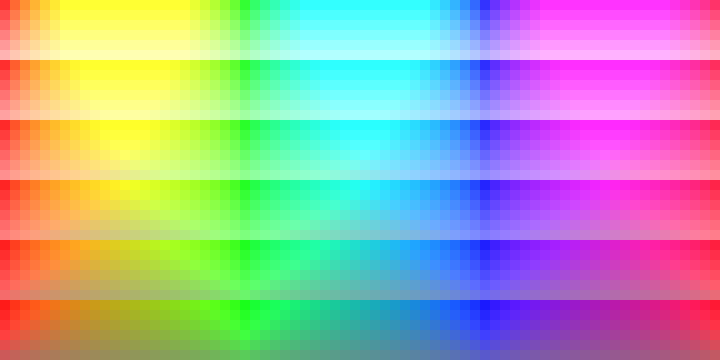
Repository: zhuqinghe/mapf_visualizer
Script's output: python color.py
The author's editor kept a copy of each file at every save. The script's output is drawn from the files as they stood at one save, then again after a run of saves.
The window is shown after at most 60 frames with no key pressed. Random numbers start from a fixed seed.

Above is the script's output before, as saved 2021-07-19 14:24:42.

### color.py
import pygame
import math


def k_contrast_color(k_color, RGB_list):
  # hue       : 0-360, min_step: 5(72)
  # saturation: 0.3-0.8, min_step: 0.1(6)
  # intensive : 0.5-1.0, min_step: 0.1(6)
  # max_color = 72*6*6 = 2592

  H_min_step = 5
  H_max_num = 360 // H_min_step
  S_min_step = 0.1
  S_max_num = math.floor(0.5 / S_min_step) + 1
  I_min_step = 0.1
  I_max_num = math.floor(0.5 / I_min_step) + 1

  H = 360
  S = 1
  I = 1

  if k_color <= H_max_num*S_max_num*I_max_num:
    if k_color <= H_max_num*S_max_num:
      if k_color <= H_max_num:
        S = 1
        I = 1
        H_step = 360 // k_color
        for i in range(k_color):
          Hi = i
          tmp_H = Hi * H_step
          RGB_list.append(HSI2RGB(tmp_H, S, I))
      else:
        I = 1
        H_step = H_min_step
        S_num = math.ceil(k_color / H_max_num)
        S_step = 0.5 / (S_num-1)
        for i in range(k_color):
          Hi = i % H_max_num
          tmp_H = Hi * H_step
          Si = math.floor(i / H_max_num)
          tmp_S = 0.8 - Si * S_step
          RGB_list.append(HSI2RGB(tmp_H, tmp_S, I))

    else:
        S_step = 0.1
        H_step = H_min_step
        I_num = math.ceil(k_color / (H_max_num*S_max_num))
        I_step = 0.5 / (I_num-1)
        for i in range(k_color):
          Hi = i % H_max_num
          tmp_H = Hi * H_step
          Si = (i//H_max_num) % S_max_num
          tmp_S = 0.8 - Si * S_step
          Ii = math.floor(i / (H_max_num*S_max_num))
          tmp_I = 1.0 - Ii * I_step
          RGB_list.append(HSI2RGB(tmp_H, tmp_S, tmp_I))

  else : # >2592
    print("[ERROR]: NUM OF COLOR IS TOO LARGE.")

  return RGB_list


def HSI2RGB(H, S ,I):
  # print('H:', H, ', S:', S, ', I:', I)
  R = 0
  G = 0
  B = 0
  if S < 1e-6:
    R = I
    G = I
    B = I
  else:
    if H >= 0 and H < 120:
      B = I * (1 - S)
      R = I * (1 + (S * math.cos(H*math.pi/180)) / math.cos((60 - H)*math.pi/180))
      G = 3 * I - (R + B)
    elif H >= 120 and H < 240:
      H = H - 120
      R = I * (1 - S)
      G = I * (1 + (S * math.cos(H*math.pi/180)) / math.cos((60 - H)*math.pi/180))
      B = 3 * I - (R + G)
    elif H >= 240 and H < 360:
      H = H - 240
      G = I * (1 - S)
      B = I * (1 + (S * math.cos(H*math.pi/180)) / math.cos((60 - H)*math.pi/180))
      R = 3 * I - (G + B)
    else:
      print("[ERROR]: H not in [0, 360)")
      return
  # print('R:', R, ', G:', G, ', B:', B)

  if R >= 1.0:
    R = 1.0
  if G >= 1.0:
    G = 1.0
  if B >= 1.0:
    B = 1.0

  return [round(R*255), round(G*255), round(B*255)]


if __name__ == '__main__':
  grid_len = 72
  grid_wid = 36
  grid_size = 10
  win_len = grid_len*grid_size
  win_wid = grid_wid*grid_size

  pygame.init()
  screen = pygame.display.set_mode((win_len, win_wid))
  pygame.display.set_caption('k contrast color')

  grids = [pygame.Surface((grid_size, grid_size),
                          pygame.SRCALPHA).convert_alpha() \
                          for _ in range(grid_len*grid_wid)]
  map_back = pygame.surface.Surface((win_len, win_wid),
                                    pygame.SRCALPHA, 32)
  map_back = map_back.convert_alpha()

  colors = []
  k_contrast_color(grid_len*grid_wid, colors)
  print('color len:', len(colors))
  print(colors)
  map_back.fill((0,0,0))
  while 1:
    for i in range(grid_len):
      for j in range(grid_wid):
        color = colors[j*grid_len+i]
        # print(color)
        grids[j*grid_len+i].fill(pygame.Color(color))
        map_back.blit(grids[j*grid_len+i],
                            ((i)*grid_size,
                              (j)*grid_size))
    screen.blit(map_back, (0,0))
    pygame.display.update()
    for event in pygame.event.get():
      if event.type == pygame.QUIT:
        pygame.quit()

After the next 2 saves:
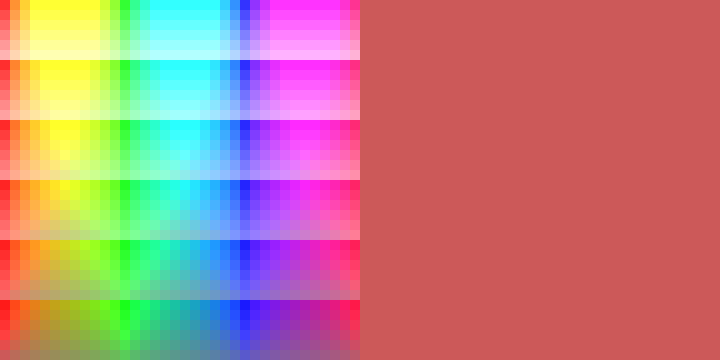
The 2 saves are shown as one change because 1 did not build or start.
The last was saved 31 s later.
--- a/color.py
+++ b/color.py
@@ -8,7 +8,7 @@ def k_contrast_color(k_color, RGB_list):
   # intensive : 0.5-1.0, min_step: 0.1(6)
   # max_color = 72*6*6 = 2592
 
-  H_min_step = 5
+  H_min_step = 10
   H_max_num = 360 // H_min_step
   S_min_step = 0.1
   S_max_num = math.floor(0.5 / S_min_step) + 1
@@ -101,7 +101,7 @@ def HSI2RGB(H, S ,I):
 
 
 if __name__ == '__main__':
-  grid_len = 72
+  grid_len = 36
   grid_wid = 36
   grid_size = 10
   win_len = grid_len*grid_size
